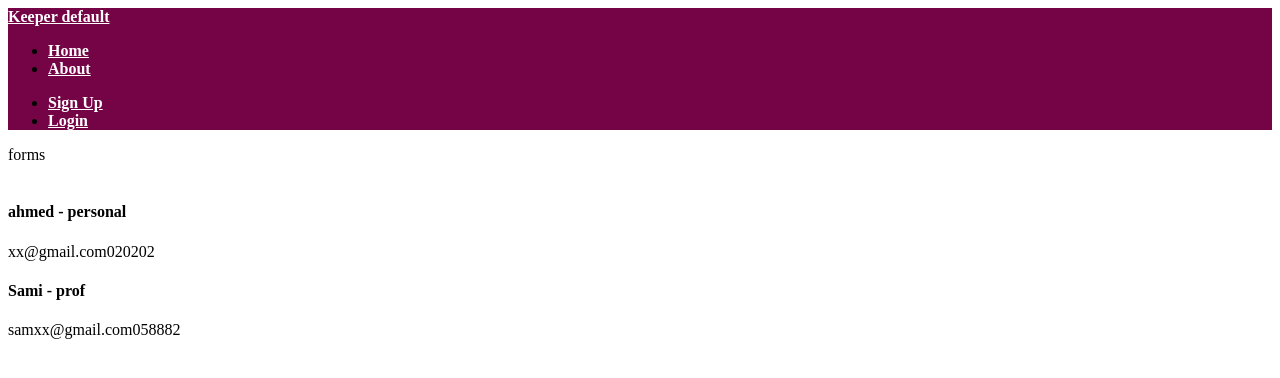
Repository: 3bdulrahman/contact-keeper
Page: / (app in client/)
An editor plug-in stored every save of this project. The page is shown before and after the next save, followed by the edit.
The browser window is 1280 px wide. The pictures show the whole page.
The project was rebuilt for these pictures with package versions that can differ from the ones it lists, and the page was loaded fresh each time. A package was used in the major version that the imports need, not the one package.json lists. Also part of the build but not shown: client/src/components/pages/About.js.

Above is the page before, as saved 2020-04-04 21:05:50.

After the next save:
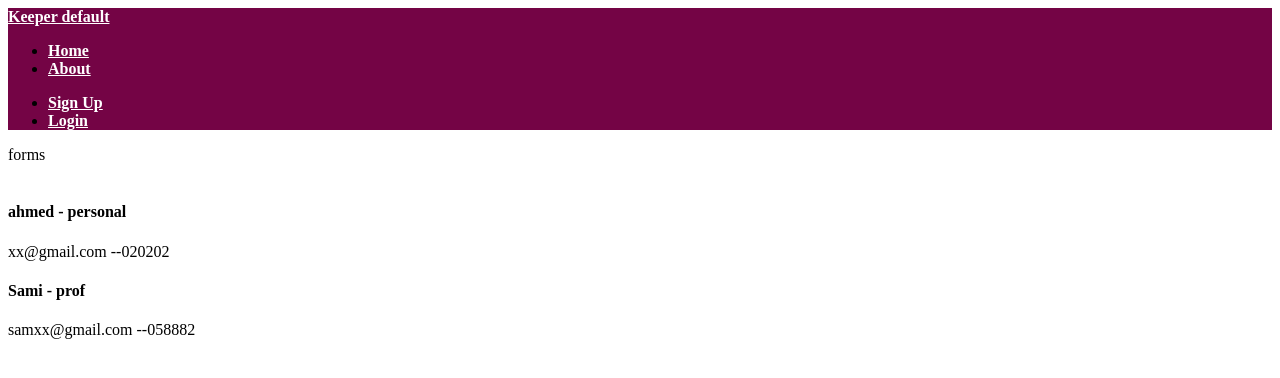
Saved 16 s later.
--- a/client/src/components/contacts/contactsItem.js
+++ b/client/src/components/contacts/contactsItem.js
@@ -11,7 +11,7 @@ import React from 'react'
               </div>
 
               <div className="card-text">
-              {email&& <span className="label label-primary">{email}</span>}
+              {email&& <span className="label label-primary">{email}</span>} --
               {phone&& <span className="label label-warning">{phone}</span>}
               </div>
 
